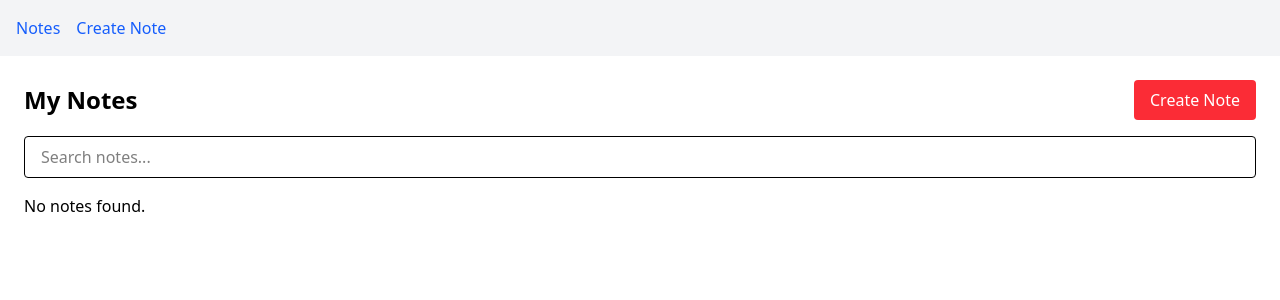
Repository: pin-seavmuy/NoteApplication
Page: / (app in note-vue/)
The author's editor kept a copy of each file at every save. The page is drawn from the files as they stood at one save, then again after the next save.
The browser window is 1280 px wide. The pictures show the whole page.
The page's requests for data from a server got no answer. The project was rebuilt for these pictures with package versions that can differ from the ones it lists, and the page was loaded fresh each time. No one was signed in, and anything a server would have sent is missing. Also part of the build but not shown: note-vue/vite.config.ts, note-vue/src/components/NoteWrapper.vue, note-vue/src/views/CreateNote.vue, note-vue/src/views/NoteDetail.vue, note-vue/src/views/UpdateNote.vue.

Above is the page before, as saved 2025-09-16 10:44:46.

After the next save:
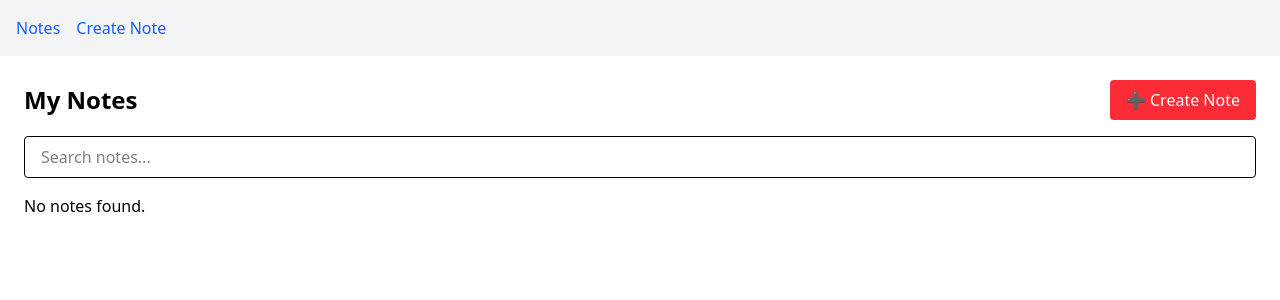
Saved 35 s later.
--- a/note-vue/src/views/NotesList.vue
+++ b/note-vue/src/views/NotesList.vue
@@ -6,7 +6,7 @@
         to="/create"
         class="bg-red-500 hover:bg-red-600 text-white text-base px-4 py-2 rounded"
       >
-        Create Note
+       ➕ Create Note
       </router-link>
     </div>
 
